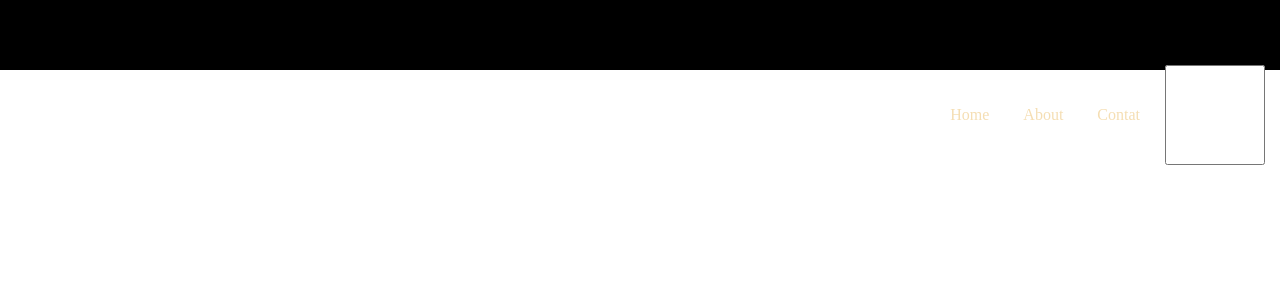
Repository: imokha01/toggleNavBar
Page: index.html
An editor plug-in stored every save of this project. The page is shown before and after a run of saves, followed by the edit.
The browser window is 1280 px wide. The pictures show the whole page.

Above is the page before, as saved 2023-12-26 22:23:07.

After the next 4 saves:
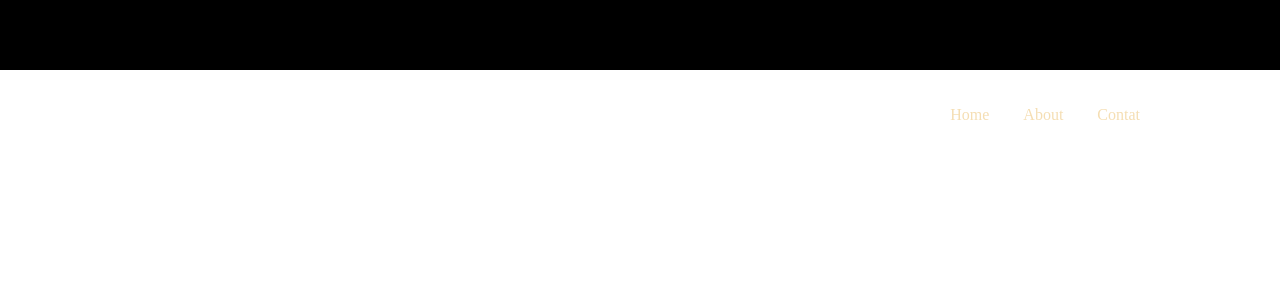
The 4 saves are shown as one change because they came seconds apart.
The last was saved 11 s later.
--- a/style.css
+++ b/style.css
@@ -35,5 +35,6 @@
     width: 100px;
     height:200px;
     border-radius: 100px;
+    appearance: none;
 
 }

After the 2 saves that followed:
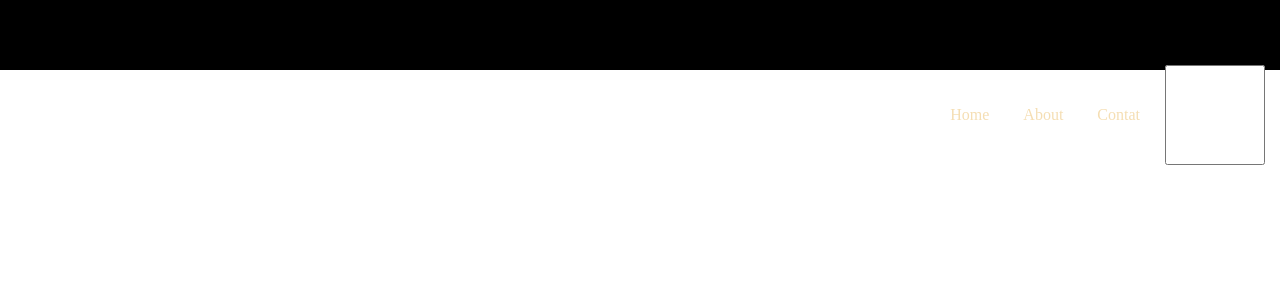
The 2 saves are shown as one change because they came seconds apart.
The last was saved 12 s later.
--- a/style.css
+++ b/style.css
@@ -35,6 +35,7 @@
     width: 100px;
     height:200px;
     border-radius: 100px;
-    appearance: none;
+    /* appearance: none; */
+
 
 }
